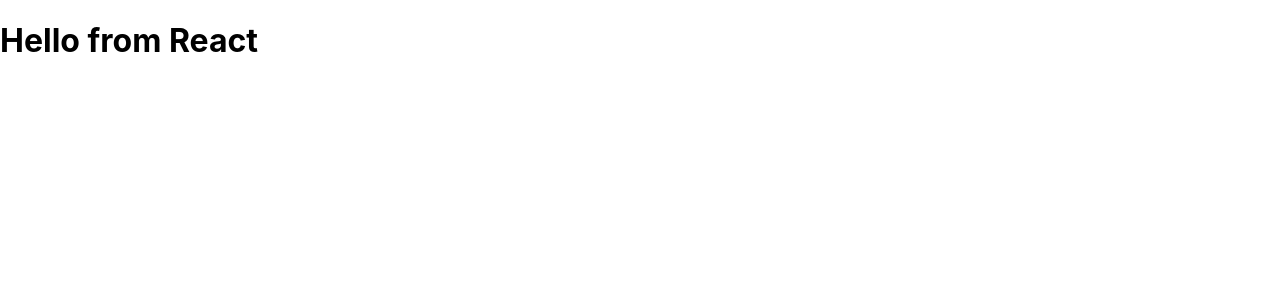
Repository: CaptainStorm21/intro-react-hooks
Page: /
The author's editor kept a copy of each file at every save. The page is drawn from the files as they stood at one save, then again after the next save.
The browser window is 1280 px wide. The pictures show the whole page.
The project was rebuilt for these pictures with package versions that can differ from the ones it lists, and the page was loaded fresh each time.

Above is the page before, as saved 2020-05-24 22:06:21.

### src/index.js
import React from "react";
import ReactDOM from "react-dom";
import "./index.css";

import * as serviceWorker from "./serviceWorker";

function Hello(props) {
  console.log(props);
  return (
    <div>
      <h1>Hello from {props.library}</h1>
      <p></p>
    </div>
  )
}

// function Hello() {
//   return (
//     <div>
//       <p> rendering is happening </p>
//       <h1>Hello world!</h1>
//     </div>
//   )
// }
ReactDOM.render(
  //  React.createElement("h1", null, "Hello"),
  // React.createElement("h1", { style: { color: "red" } }, "Hello"),
  // React.createElement("div", { style: { color: "blue" } },
  // React.createElement("h1", null, "Morning")  ),
  // <ul>
  //   <li>Pizza</li>
  //   <li>Sushi</li>
  // </ul>,
  // /* <Hello></Hello>, */
  <Hello  library = "React" />,
  document.getElementById("root")
);

Loaded but not shown: public/index.html (common file); src/index.css (common file); src/serviceWorker.js (common file)

After the next save:
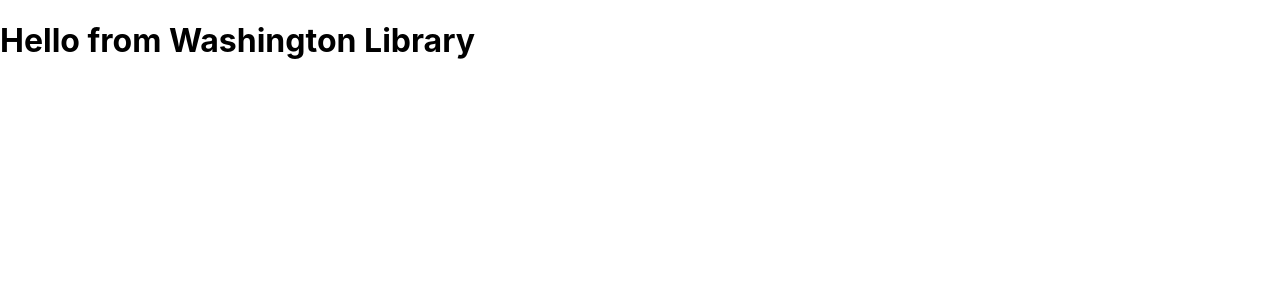
Saved 15 s later.
--- a/src/index.js
+++ b/src/index.js
@@ -32,6 +32,6 @@ ReactDOM.render(
   //   <li>Sushi</li>
   // </ul>,
   // /* <Hello></Hello>, */
-  <Hello  library = "React" />,
+  <Hello  library = "Washington Library" />,
   document.getElementById("root")
 );
